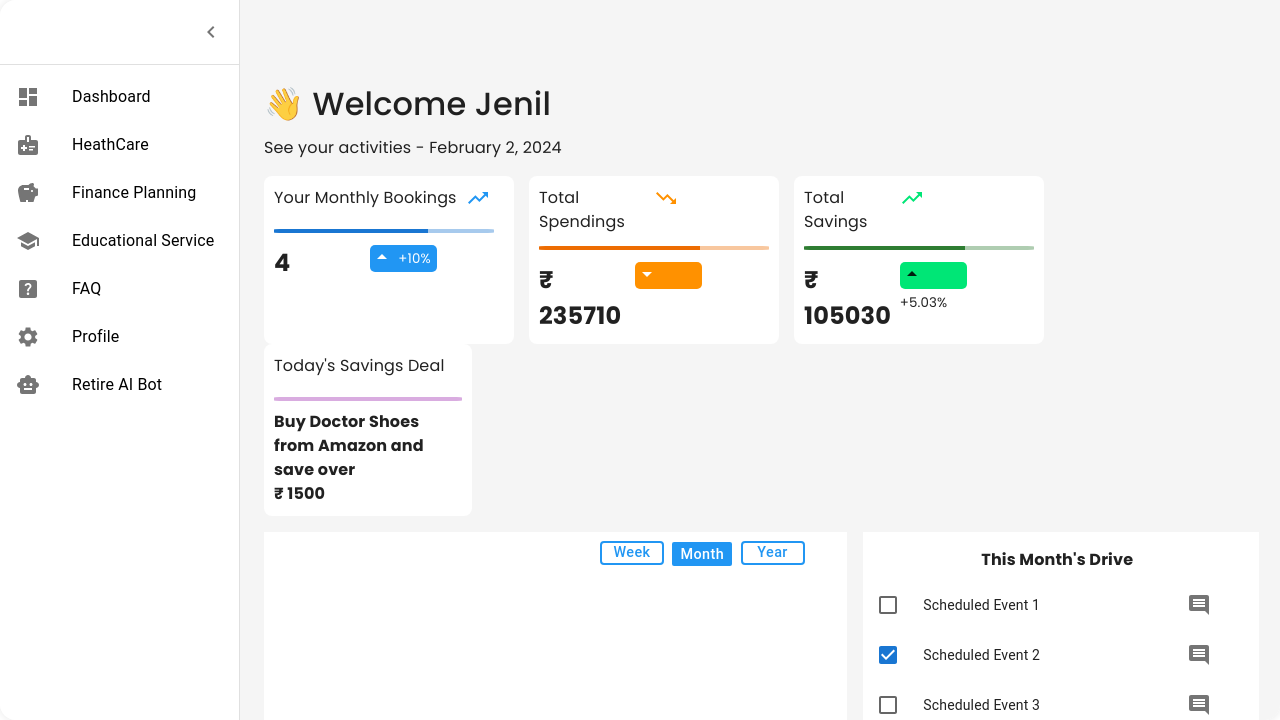
Repository: shubhampirate/Google_Solutions_Edural
Page: /dashboard
These files come from the project's save history. The page is drawn as it stood at one moment and after the next save; the edit follows.
The browser window is 1280 px wide. The pictures show the whole page.
The page's requests for data from a server got no answer. An inner scrolling area shows only its first screen. The project was rebuilt for these pictures with package versions that can differ from the ones it lists, and the page was loaded fresh each time. Some packages were replaced by stand-ins written for this rebuild. No one was signed in, and anything a server would have sent is missing. Also part of the build but not shown: src/Components/CustomButton.jsx, src/Components/Navbar.jsx, src/Components/Footer.jsx, src/Components/CongratsCard.jsx, src/pages/Hero/Hero.jsx, src/pages/Sign_in.jsx.

Above is the page before, as saved 2024-02-03 17:26:59.

After the next save:
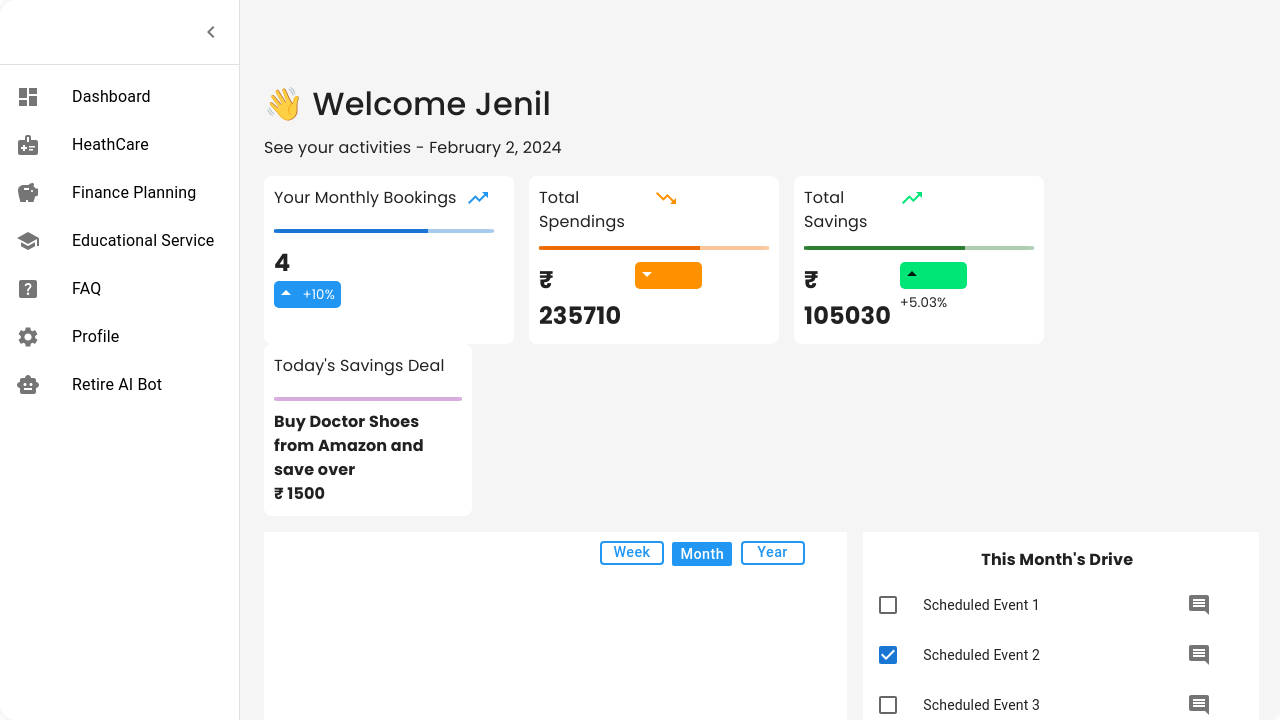
Saved 13 s later.
--- a/src/pages/Dashboard/Dashboard.jsx
+++ b/src/pages/Dashboard/Dashboard.jsx
@@ -327,7 +327,7 @@ export default function Dashboard() {
                 </Grid>
                 <Grid item xs={12}>
                   <Grid container>
-                    <Grid item xs={5}>
+                    <Grid item xs={9}>
                       {!loadList ? <><div style={{ fontSize: "1.5rem", fontWeight: "550" }}>
                         ₹ {expensedata[0].income + expensedata[1].income + expensedata[2].income + expensedata[3].income + expensedata[4].income + expensedata[5].income}</div>
                       </> : <div style={{ fontSize: "1.5rem", fontWeight: "550" }}> 4</div>}
